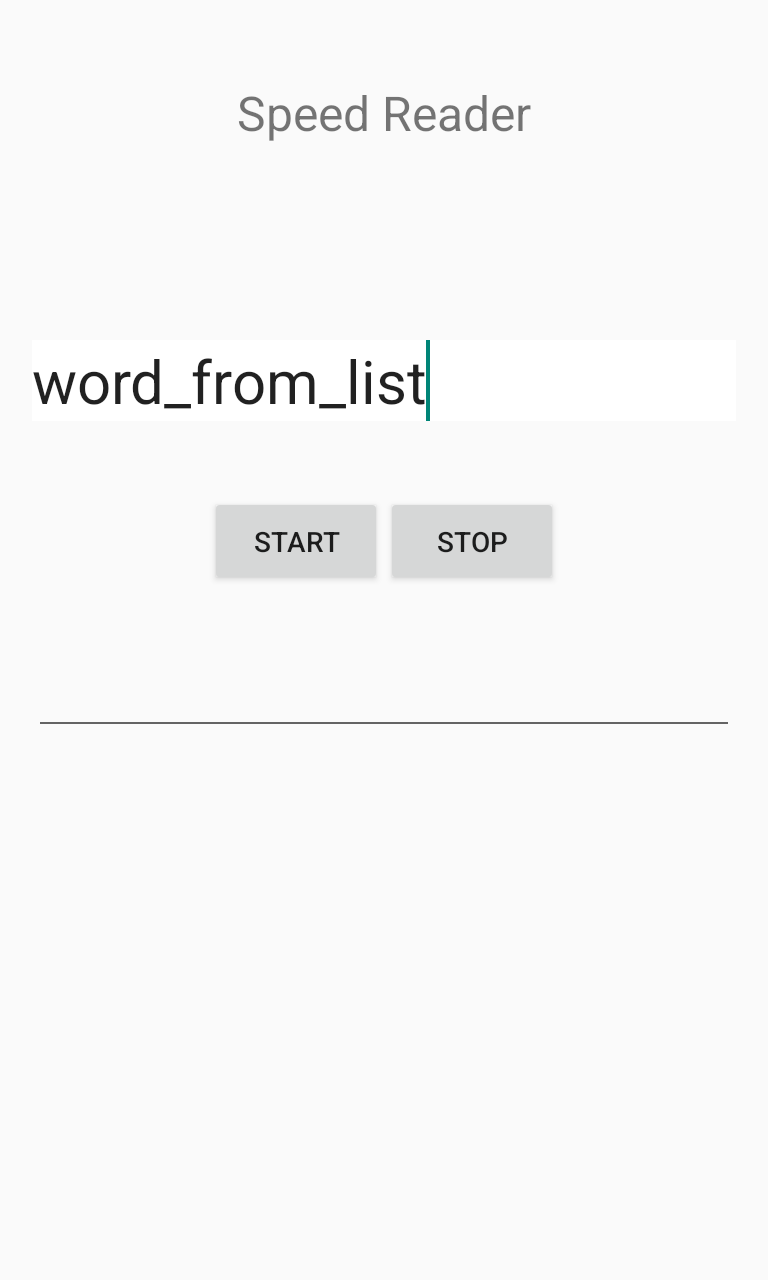
Repository: hdemby/workspace
Layout: SpeedReader/res/layout/activity_main.xml
The author's editor kept a copy of each file at every save. The layout is drawn from the files as they stood at one save, then again after the next save.
It is drawn on a 768 x 1280 px phone screen (xhdpi) without system bars, with theme AppTheme; the app's code is not run.

Above is the layout before, as saved 2014-12-03 17:46:06.

### SpeedReader/res/layout/activity_main.xml
<RelativeLayout xmlns:android="http://schemas.android.com/apk/res/android"
    xmlns:tools="http://schemas.android.com/tools"
    android:layout_width="match_parent"
    android:layout_height="match_parent"
    android:paddingBottom="@dimen/activity_vertical_margin"
    android:paddingLeft="@dimen/activity_horizontal_margin"
    android:paddingRight="@dimen/activity_horizontal_margin"
    android:paddingTop="@dimen/activity_vertical_margin"
    tools:context="coursera.speedreader.MainActivity" >

    <LinearLayout
        android:id="@+id/linearLayout1"
        android:layout_width="wrap_content"
        android:layout_height="wrap_content"
        android:layout_centerHorizontal="true"
        android:layout_marginTop="154dp"
        android:orientation="vertical" >
    </LinearLayout>

    <TextView
        android:id="@+id/textView1"
        android:layout_width="wrap_content"
        android:layout_height="wrap_content"
        android:layout_alignParentTop="true"
        android:layout_centerHorizontal="true"
        android:layout_marginTop="24dp"
        android:text="@string/app_name"
        android:textSize="24sp" />

    <EditText
        android:id="@+id/editText1"
        android:layout_width="wrap_content"
        android:layout_height="wrap_content"
        android:layout_alignTop="@+id/linearLayout1"
        android:layout_centerHorizontal="true"
        android:background="#ffffffff"
        android:ems="10"
        android:text="@string/window_text"
        android:textSize="30sp" >

        <requestFocus />
    </EditText>

    <LinearLayout
        android:id="@+id/linearLayout3"
        android:layout_width="wrap_content"
        android:layout_height="wrap_content"
        android:layout_below="@+id/editText1"
        android:layout_centerHorizontal="true"
        android:layout_marginTop="36dp" >

        <Button
            android:id="@+id/button1"
            android:layout_width="wrap_content"
            android:layout_height="wrap_content"
            android:layout_marginBottom="34dp"
            android:text="Start" />

        <Button
            android:id="@+id/button2"
            android:layout_width="wrap_content"
            android:layout_height="wrap_content"
            android:text="Stop" />
    </LinearLayout>

    <EditText
        android:id="@+id/editText2"
        android:layout_width="match_parent"
        android:layout_height="wrap_content"
        android:layout_alignRight="@+id/editText1"
        android:layout_below="@+id/linearLayout3"
        android:clickable="false"
        android:ems="10"
        android:focusable="false"
        android:focusableInTouchMode="false"
        android:inputType="textMultiLine" />

</RelativeLayout>

### SpeedReader/res/values/strings.xml
<?xml version="1.0" encoding="utf-8"?>
<resources>

    <string name="app_name">Speed Reader</string>
    <string name="hello_world">Hello world!</string>
    <string name="action_settings">Settings</string>
    <string name="window_text">word_from_list</string>
    <string name="content_text">
        This is text to populate the contents of the reading window.
        I may include ont of the class lectures as the content for this app</string>
    <string name="file_text">This will be the text that is displayed word by word in the reading window. It will eventually be provided by reading a text file stored on the device. The words will be presented one at a time at a set rate of speed with an extra pause at the end of a sentence. I will later add controls to review wind the text to the last sentence. I will also be adding controls to save the text at the current point so the reader can resume at a later time. The ultimate version will provide feedback on reading rate, precentage completed and time spent reading. </string>

</resources>

Loaded but not shown: SpeedReader/res/values/styles.xml (common file); SpeedReader/res/values-v11/styles.xml (common file); SpeedReader/res/values-v14/styles.xml (common file); SpeedReader/res/values/dimens.xml (common file); SpeedReader/res/values-w820dp/dimens.xml (common file)

After the next save:
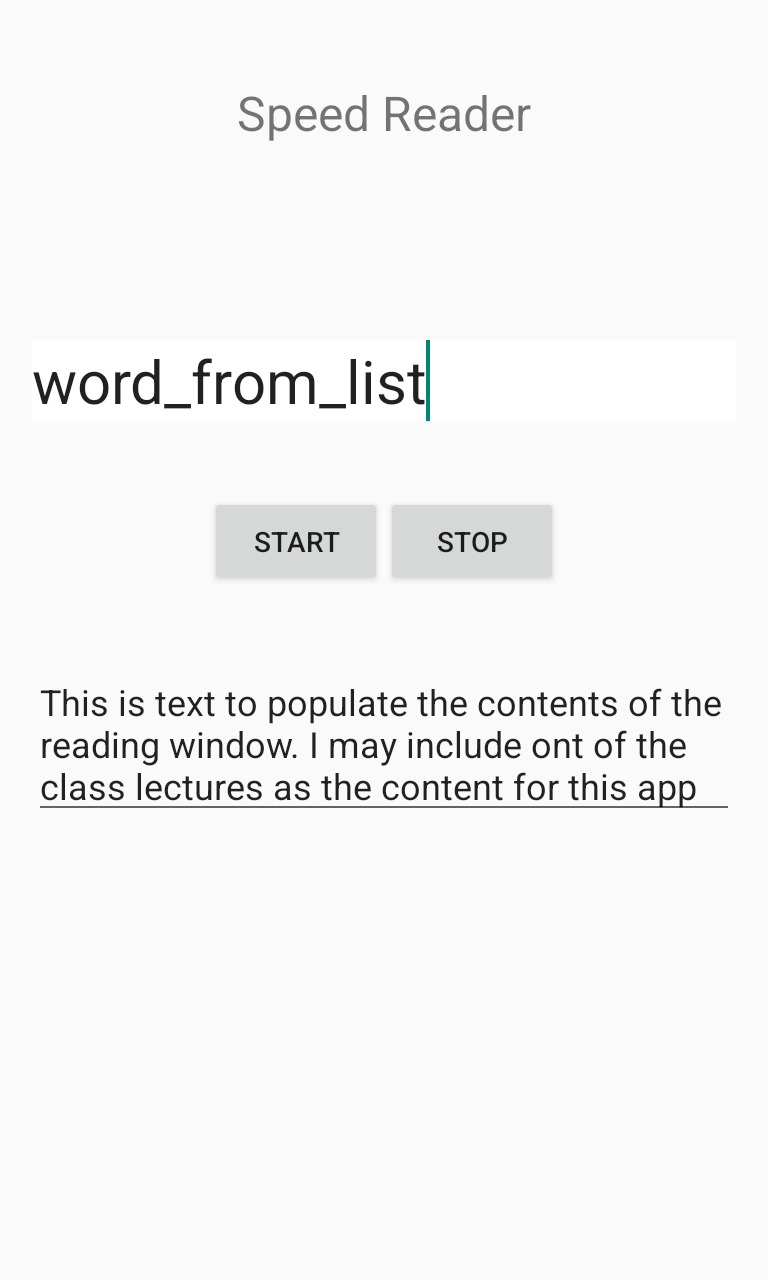
Saved 33 s later.
--- a/SpeedReader/res/layout/activity_main.xml
+++ b/SpeedReader/res/layout/activity_main.xml
@@ -73,6 +73,8 @@
         android:ems="10"
         android:focusable="false"
         android:focusableInTouchMode="false"
-        android:inputType="textMultiLine" />
+        android:inputType="textMultiLine"
+        android:scrollbars="vertical"
+        android:text="@string/content_text" />
 
 </RelativeLayout>
